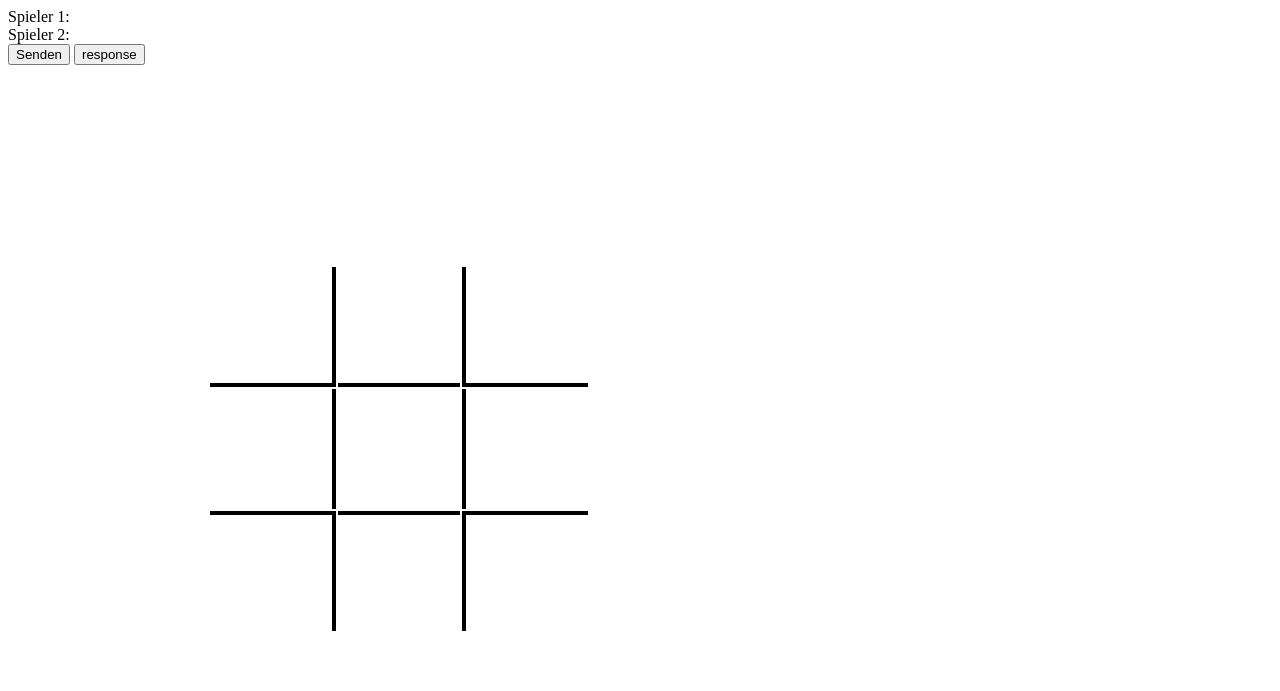
Repository: BKMaster94/Proggen_testat_2
Page: Proggen_testat_2/HTML/Index.html
An editor plug-in stored every save of this project. The page is shown before and after the next save, followed by the edit.
The browser window is 1280 px wide. The pictures show the whole page.

Above is the page before, as saved 2017-06-12 19:24:47.

After the next save:
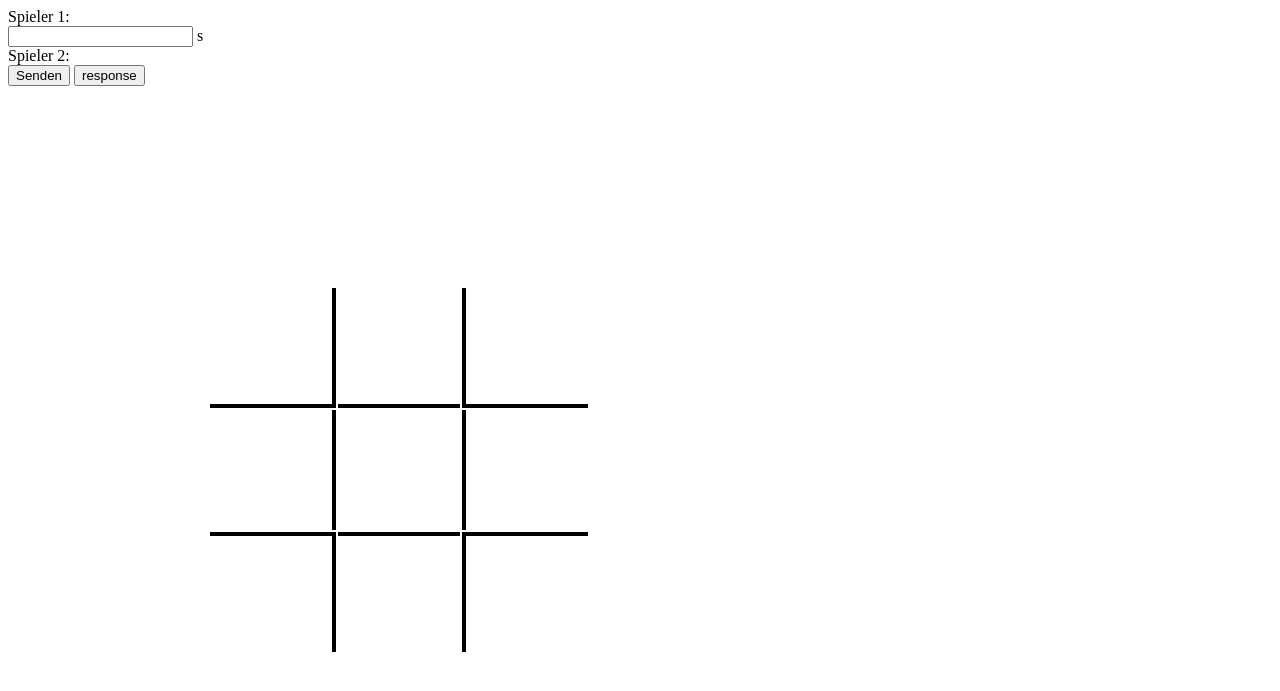
Saved 2 min 59 s later.
--- a/Proggen_testat_2/HTML/Index.html
+++ b/Proggen_testat_2/HTML/Index.html
@@ -62,6 +62,7 @@
 
 <BODY>
 <div> Spieler 1: </div>
+<input> </input>s
 <div> Spieler 2: </div>
 <div id="test"></div>
 
